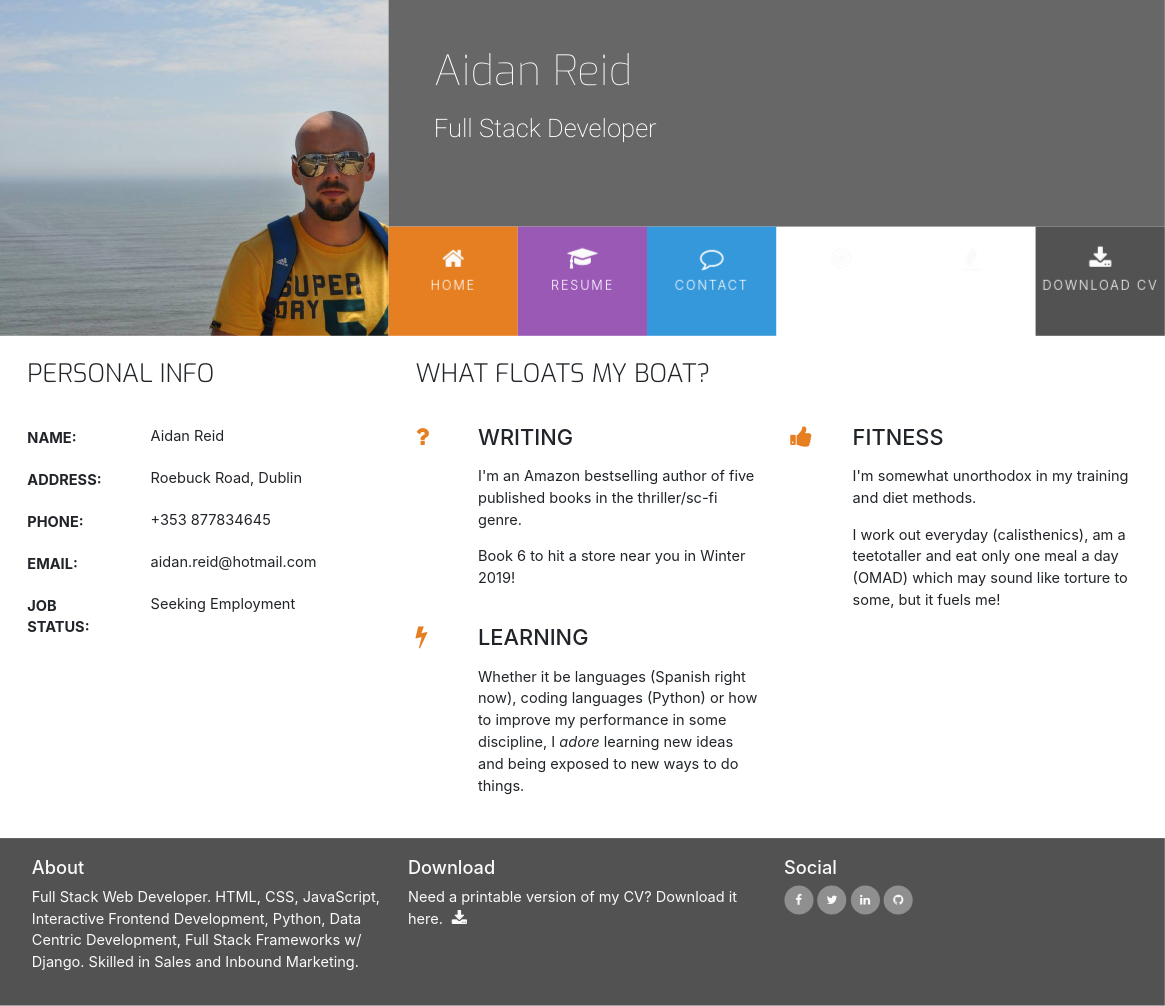
Repository: AidanJReid/Resume
Page: interests.html
The author's editor kept a record of every edit. The page is drawn from the files as they stood at one moment, then again after the next edit.
The browser window is 1280 px wide. The pictures show the whole page, at 91% of full size.

Above is the page before.

After the next edit:
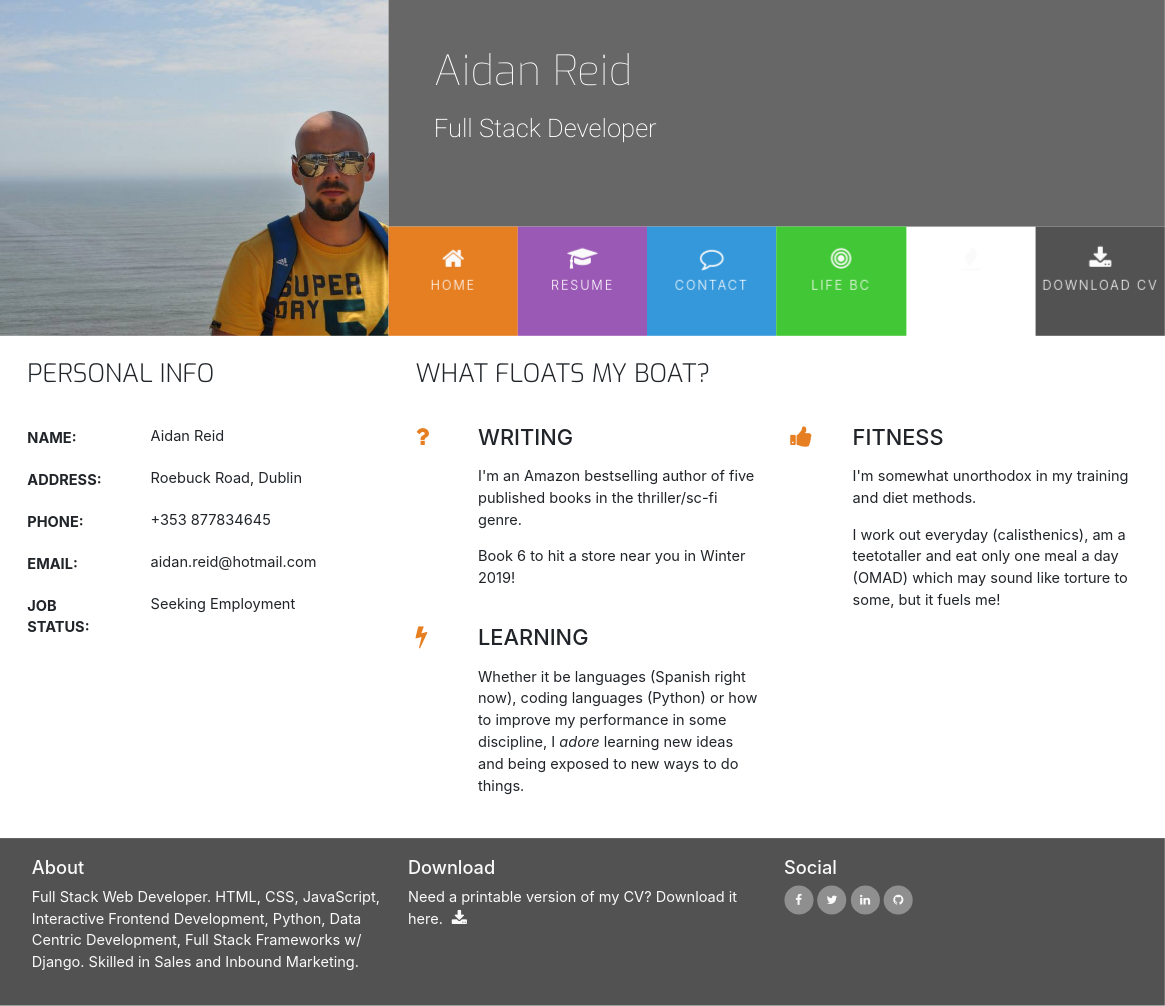
The edit:
--- a/assets/css/style.css
+++ b/assets/css/style.css
@@ -31,7 +31,7 @@
 }
 
 .ui-menu-color-life {
-    background-color: ;
+    background-color: #42c736;
 }
 
 .ui-menu-color-interests {
